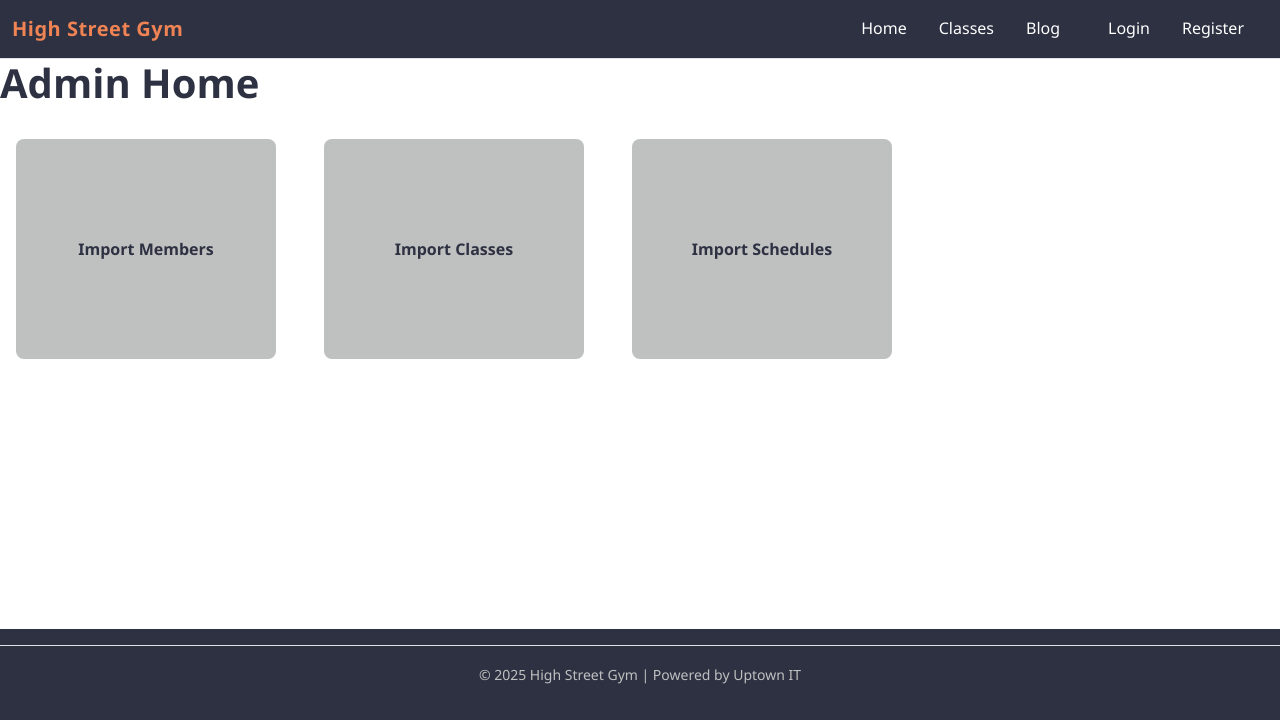
Repository: HBDSolutions/highstreetgym
Page: http://localhost/highstreetgym/controllers/content/admin_controller.php
These files come from the project's save history. The page is drawn as it stood at one moment and after the next save; the edit follows.
The browser window is 1280 px wide. The pictures show the whole page.
The page is run by PHP 8.4 with error messages shown; the project is at /var/www/html/. The session is filled in as if someone had signed in: {"user_id": 1, "user_email": "test@example.com", "first_name": "Test User", "last_name": "Test User", "user_type": "admin", "logged_in": true}.

Above is the page before, as saved 2025-11-10 18:06:02.

After the next save:
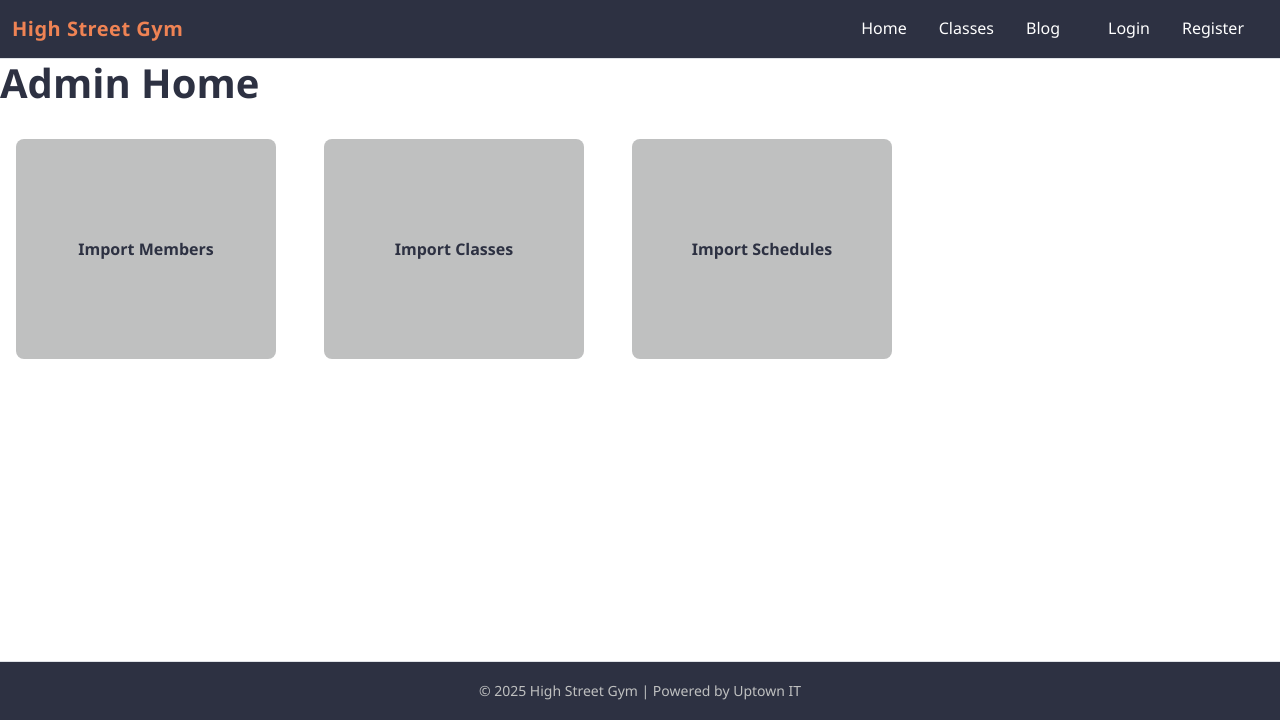
Saved 20 min 14 s later.
--- a/views/layouts/base.php
+++ b/views/layouts/base.php
@@ -1,43 +1,28 @@
 <?php
 // BASE LAYOUT VIEW
-// PURPOSE: COMMON LAYOUT FOR ALL USER ROLES
+if (!isset($title, $contentView, $layoutClass)) { die('BASE LAYOUT: MISSING REQUIRED VARIABLES'); }
 
-if (!isset($title, $contentView, $layoutClass)) {
-    die('BASE LAYOUT: MISSING REQUIRED VARIABLES');
-}
-
-// PREP NAV DATA
 if (!function_exists('get_navigation_data')) {
-    require_once __DIR__ . '/../../models/navigation.php';
+  require_once __DIR__ . '/../../models/navigation.php';
 }
 $navData = get_navigation_data();
 ?>
-
 <!DOCTYPE html>
 <html lang="en">
 <head>
   <meta charset="utf-8">
   <meta name="viewport" content="width=device-width, initial-scale=1">
-  <title><?= htmlspecialchars($title, ENT_QUOTES, 'UTF-8') ?></title>
+  <title><?= htmlspecialchars($title) ?></title>
   <link href="https://cdn.jsdelivr.net/npm/bootstrap@5.3.0/dist/css/bootstrap.min.css" rel="stylesheet">
   <link rel="stylesheet" href="/highstreetgym/assets/css/style.css">
 </head>
+<body class="<?= htmlspecialchars($layoutClass) ?> d-flex flex-column min-vh-100">
+  <header><?php include __DIR__ . '/../partials/nav.php'; ?></header>
 
-<body class="<?= htmlspecialchars($layoutClass, ENT_QUOTES, 'UTF-8') ?> d-flex flex-column min-vh-100">
+  <main class="flex-grow-1"><?php include $contentView; ?></main>
 
-  <header>
-    <?php include __DIR__ . '/../partials/nav.php'; ?>
-  </header>
-
-  <!-- MAIN CONTENT -->
-  <main class="flex-grow-1">
-    <?php include $contentView; ?>
-  </main>
-
-  <!-- FOOTER -->
-  <footer class="mt-5">
-    <?php include __DIR__ . '/../partials/footer.php'; ?>
-  </footer>
+  <!-- NO <footer> HERE; AVOID NESTING -->
+  <div class="mt-auto"><?php include __DIR__ . '/../partials/footer.php'; ?></div>
 
   <script src="https://cdn.jsdelivr.net/npm/bootstrap@5.3.0/dist/js/bootstrap.bundle.min.js"></script>
 </body>
